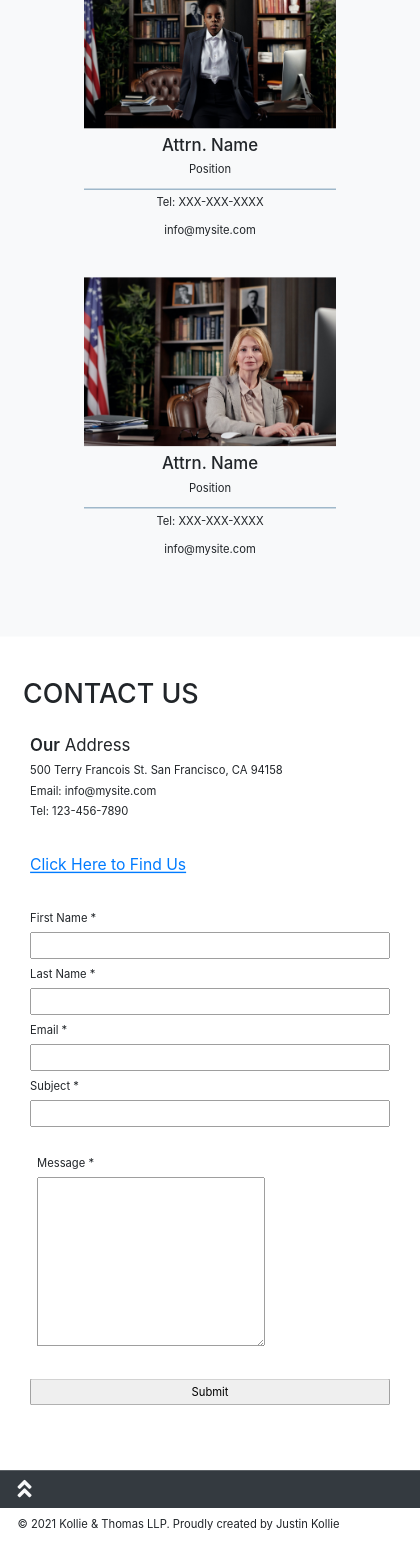
Repository: just-mann/kolllie-kolliellp
Page: index.html
The author's editor kept a copy of each file at every save. The page is drawn from the files as they stood at one save, then again after the next save.
The browser window is 600 px wide. The pictures show the part of the page from y = 3785 to 6025 px (the page is 6000 px tall before and 6025 px after), at 70% of full size.

Above is the page before, as saved 2021-06-02 01:02:41.

### index.html
<!DOCTYPE html>
<html lang="en">
<head>
    <meta charset="UTF-8">
    <meta name="viewport" content="width=device-width, initial-scale=1.0">
    <meta http-equiv="X-UA-Compatible" content="ie=edge">
    <meta name="Description" content="Enter your description here"/>
    <!-- Font Awesome Icons -->
    <link rel="stylesheet" href="https://cdnjs.cloudflare.com/ajax/libs/font-awesome/5.15.3/css/all.min.css" referrerpolicy="no-referrer" />
    <link rel="stylesheet" href="https://cdnjs.cloudflare.com/ajax/libs/twitter-bootstrap/4.6.0/css/bootstrap.min.css">
    <link rel="stylesheet" href="https://cdnjs.cloudflare.com/ajax/libs/font-awesome/5.15.2/css/all.min.css">
    <link rel="stylesheet" href="assets/css/utilities.css">
    <link rel="stylesheet" href="assets/css/style.css">
    <title>Kollie & Thomas LLP</title>
</head>
<body>
    <nav class="myNavbar">
        <div class="myContainer">
            <a href="#" class="myLogo"><h3>Kollie & Thomas LLP</h3></a>
            <div class="links">
                <a href="#">Home</a>
                <a href="#practiceArea">Practice Area</a>
                <a href="#ourVision">Our Vision</a>
                <a href="#ourAttorneys">Attorneys</a>
                <a href="#contact">Contact</a>
            </div>
            <i class="fas fa-bars fa-1x toggleBar"></i>
        </div>
    </nav>
    <section class="heroSection">
        <div class="myContainer">
            <h3><span>Boutique</span>Law Firm</h3>
            <p>Specializing in Commercial Law & Litigation, Insolvency & Fraud</p>
        </div>
    </section>
    <section class="practiceArea py-5 px-3" id="practiceArea">
        <div class="myContainer">
            <div class="practiceArreaDiv px-2">
                <div class="left__side">
                    <h3><span>Practice</span> Areas</h3>
                </div>
                <div class="right__side">
                    <ul>
                        <div class="left">
                            <li><h4>Litigation</h4></li>
                            <p>Lorem ipsum dolor sit amet consectetur adipisicing elit. Accusamus cumque iusto quae minima?</p>
                            <li><h4>Insolvency</h4></li>
                            <p>Lorem ipsum dolor sit amet consectetur adipisicing elit. Accusamus cumque iusto quae minima?</p>
                            <li><h4>Dispute Resolution</h4></li>
                            <p>Lorem ipsum dolor sit amet consectetur adipisicing elit. Accusamus cumque iusto quae minima?</p>
                        </div>
                        <div class="right">
                            <li><h4>Business</h4></li>
                            <p>Lorem ipsum dolor sit amet consectetur adipisicing elit. Accusamus cumque iusto quae minima?</p>
                            <li><h4>Fraud</h4></li>
                            <p>Lorem ipsum dolor sit amet consectetur adipisicing elit. Accusamus cumque iusto quae minima?</p>
                            <li><h4>Tax</h4></li>
                            <p>Lorem ipsum dolor sit amet consectetur adipisicing elit. Accusamus cumque iusto quae minima?</p>
                        </div>
                    </ul>
                </div>
            </div>
        </div>
    </section>
    <section class="ourVision" id="ourVision">
        <div class="myContainer">
            <div class="ourVisionDiv py-5">
                <h3 class="">Our Mission</h3>
                <div>
                    <p>Lorem, ipsum dolor sit amet consectetur adipisicing elit. Deleniti, libero. Voluptatem laboriosam ipsum esse sint deserunt laudantium accusamus nam veniam ad? A deserunt nostrum rerum?</p>
                </div>
                <div>
                    <p>Lorem, ipsum dolor sit amet consectetur adipisicing elit. Deleniti, libero. Voluptatem laboriosam ipsum esse sint deserunt laudantium accusamus nam veniam ad? A deserunt nostrum rerum?</p>
                </div>
                <div>
                    <p>Lorem, ipsum dolor sit amet consectetur adipisicing elit. Deleniti, libero. Voluptatem laboriosam ipsum esse sint deserunt laudantium accusamus nam veniam ad? A deserunt nostrum rerum?</p>
                </div>
            </div>
        </div>
    </section>
    <div class="parallaxImg">
        <!-- <img src="./assets/images/heroImage.jpg" alt="parallaxImg"> -->
    </div>
    <section class="ourAttorneys py-5 px-2 bg-light" id="ourAttorneys">
        <div class="myContainer">
            <h3>Our Attorneys</h3>
            <div class="attorneysDiv mx-auto">
                <div class="attCard">
                    <img src="./assets/images/attrny1.jpg" alt="att1">
                    <div class="firstDiv">
                        <h4>Justin Kollie</h4>
                        <p>Partner</p>
                    </div>
                    <div class="secondDiv">
                        <p>Tel: XXX-XXX-XXXX</p>
                        <p>info@mysite.com</p>
                    </div>
                </div>
                <div class="attCard">
                    <img src="./assets/images/attrny1.jpg" alt="att1">
                    <div class="firstDiv">
                        <h4>Mandela P. Thomas</h4>
                        <p>Partner</p>
                    </div>
                    <div class="secondDiv">
                        <p>Tel: XXX-XXX-XXXX</p>
                        <p>info@mysite.com</p>
                    </div>
                </div>
                <div class="attCard">
                    <img src="./assets/images/attrny2.jpg" alt="att2">
                    <div class="firstDiv">
                        <h4>Attrn. Name</h4>
                        <p>Position</p>
                    </div>
                    <div class="secondDiv">
                        <p>Tel: XXX-XXX-XXXX</p>
                        <p>info@mysite.com</p>
                    </div>
                </div>
                <div class="attCard">
                    <img src="/assets/images/attrny3.jpg" alt="att3">
                    <div class="firstDiv">
                        <h4>Attrn. Name</h4>
                        <p>Position</p>
                    </div>
                    <div class="secondDiv">
                        <p>Tel: XXX-XXX-XXXX</p>
                        <p>info@mysite.com</p>
                    </div>
                </div>
            </div>
        </div>
    </section>
    <section class="contact py-5 px-2" id="contact">
        <div class="myContainer">
            <div class="contactDiv">
                <div class="left__side">
                    <h3>Contact Us</h3>
                </div>
                <div class="right__side">
                    <h4><span>Our</span> Address</h4>
                    <div class="addressDiv">
                        <p>500 Terry Francois St. San Francisco, CA 94158</p>
                        <p>Email: info@mysite.com</p>
                        <p>Tel:  123-456-7890</p>
                    </div>
                    <div class="clickToFind my-4 py-4">
                        <a href="#">Click Here to Find Us</a>
                    </div>
                    <form action="">
                        <div class="left__side">
                            <div>
                                <label for="firstName">First Name *</label>
                                <input type="text" name="firstName" required>
                            </div>
                            <div>
                                <label for="lastName">Last Name *</label>
                                <input type="text" name="lastName" required>
                            </div>
                            <div>
                                <label for="email">Email *</label>
                                <input type="email" name="name" required>
                            </div>
                            <div>
                                <label for="subject">Subject *</label>
                                <input type="text" name="subject" required>
                            </div>
                        </div>
                        <div class="right__side">
                            <label for="message">Message *</label>
                            <textarea name="message" id="message" cols="30" rows="10" required></textarea>
                        </div>
                        <div>
                            <input type="submit" value="Submit">
                        </div>
                    </form>
                </div>
            </div>
        </div>
    </section>
    <section class="backUpTop bg-dark">
        <div class="myContainer">
            <i class="fas fa-angle-double-up fa-2x text-light"></i>
        </div>
    </section>
    <footer class="footer">
        <div class="myContainer">
            <p>© 2021 Kollie & Thomas LLP. Proudly created by Justin Kollie</p>
        </div>
    </footer>
    <!-- Optional Scripts -->
    <script src="assets/scripts/myScript.js"></script>
    <script src="https://cdnjs.cloudflare.com/ajax/libs/jquery/3.5.1/jquery.slim.min.js"></script>
    <script src="https://cdnjs.cloudflare.com/ajax/libs/popper.js/1.16.1/umd/popper.min.js"></script>
    <script src="https://cdnjs.cloudflare.com/ajax/libs/twitter-bootstrap/4.6.0/js/bootstrap.min.js"></script>
</body>
</html>

### assets/css/utilities.css
:root {
    --primaryColor: #0a6880;
}

a {
    text-decoration: none;
}

a:hover {
    text-decoration: none;
}

ul li {
    list-style-type: square;
}

.myContainer {
    max-width: 900px;
    margin: 0 auto;
    padding: 10px 25px;
}

### assets/css/style.css
* {
    padding: 0;
    margin: 0;
    box-sizing: border-box;
}

html {
    scroll-behavior: smooth;
}

body {
    /* background-color: rgb(255, 255, 255); */
}

/* Navbar */
.myNavbar {
    padding: 10px 0px;
    background-color: #ffffff;
}

.myNavbar .myContainer {
    display: flex;
    justify-content: space-between;
    align-items: center;
}

.myNavbar .myContainer .myLogo h3 {
    font-size: 1.5em;
}

.myNavbar .myContainer .links {
    display: flex;
    justify-content: center;
    align-items: center;
}

.toggleBar {
    font-size: 1.6em;
    display: none;
    transition: cursor 0.6s;
}

.toggleBar:hover {
    cursor: pointer;
}

.ourVision {
    background-color: var(--primaryColor);
    color: white;
    /* padding: 30px 10px; */
}

.ourVisionDiv h3 {
    font-weight: 400;
    font-size: 2.6rem;
    text-align: left;
    margin-bottom: 25px;
    /* margin: 40px auto; */
}

.ourVisionDiv p {
    font-weight:300;
    font-size: 1.2rem;
    line-height: 2rem;
}

.parallaxImg {
    background-image: url('../images/parallaxImg.jpg');
    min-height: 500px;
    background-attachment: fixed;
    background-position: center;
    background-origin: center;
    background-repeat: no-repeat;
    background-size: cover;
}

.parallaxImg img {
    width: 100%;
}

.contactDiv .left__side h3 {
    font-weight: 450;
}

.contactDiv .right__side h4 {
    font-weight: 400;
}

.contactDiv .right__side h4 span {
    font-weight: 600;
}

.contactDiv .right__side .addressDiv p {
    font-size: 1rem;
    font-weight: 400;
    margin: 5px 0px;
}

.contactDiv .right__side .clickToFind a {
    text-decoration: underline;
    font-size: 1.4rem;
}

@media screen and (max-width: 700px) {
    .myNavbar .myContainer .links {
        display: none;
    }

    .toggleBar {
        display: block;
    }

    .heroSection {
        position: relative;
        height: 75vh;
        display: flex;
        justify-content: center;
        align-items: center;
        background-color: #ffffff;
        background: url('../images/heroImage.jpg') no-repeat center center / cover;
    }

    .heroSection .myContainer * {
        z-index: 100;
    }

    .heroSection::before {
        position: absolute;
        content: "";
        top: 45;
        bottom: 40;
        right: 0;
        background: rgba(8, 54, 66, 0.6);
        width: 97%;
        height: 80%;
        z-index: 0;
    }

    .heroSection .myContainer h3 span {
        color: white;
        font-size: 3rem;
        font-weight: 600;
        text-transform: uppercase;
        display: block;
    }

    .heroSection .myContainer h3 {
        color: white;
        font-size: 2rem;
        text-transform: uppercase;
    }

    .heroSection .myContainer p {
        color: white;
    }

    .left__side h3 span {
        font-size: 2.5rem;
        text-transform: uppercase;
        display: block;
        font-weight: 600;
    }

    .left__side h3 {
        font-size: 2.4rem;
        text-transform: uppercase;
        font-weight: 300;
    }

    .right__side {
        padding: 30px 10px;
        /* background-color: white; */
    }

    .parallaxImg {
        background-image: url('../images/parallaxImg.jpg');
        min-height: 500px;
        background-attachment: scroll;
        background-position: center;
        background-repeat: no-repeat;
        background-size: cover;
    }

    .attorneysDiv {
        grid-template-columns: 1fr;
        width: 100%;
        margin: 0 auto;
    }

    .ourAttorneys .myContainer h3 {
        text-align: center;
        font-size: 2.8em;
        font-weight: 350;
        margin-bottom: 25px;
    }

    .attCard {
        width: 75%;
        padding: 0px 20px;
        margin: 0px auto 35px auto;
        /* text-align: center; */
    }

    .attCard img {
        min-height: 200px;
        width: 100%;
    }

    .attCard .firstDiv {
        padding: 10px 0px 0px 0px;
        text-align: center;
        border-bottom: 2px solid #6991ac9d;
    }

    .secondDiv {
        text-align: center;
        padding: 5px 0px;
    }

    form {
        /* background: pink; */
        width: 100%;
    }

    form div {
        margin: 10px 0px 5px 0px;
    }

    form div label, form div input {
        width: 100%;
    }

    form div input {
        padding: 5px 15px;
    }





}

### assets/scripts/myScript.js
console.log('It works');

After the next save:
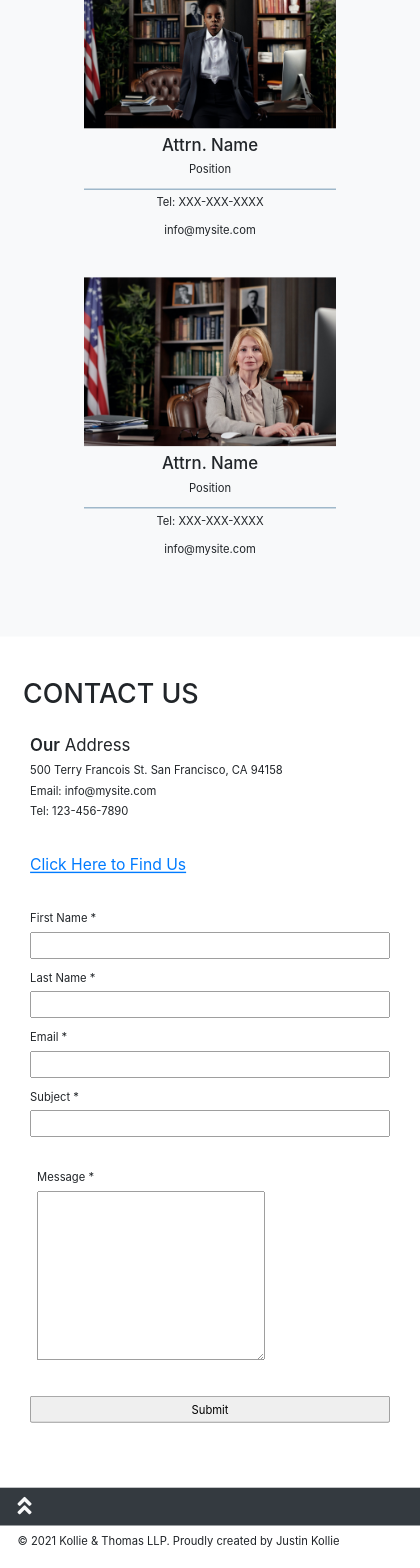
Saved 8 s later.
--- a/assets/css/style.css
+++ b/assets/css/style.css
@@ -223,7 +223,7 @@ body {
     }
 
     form div {
-        margin: 10px 0px 5px 0px;
+        margin: 15px 0px 5px 0px;
     }
 
     form div label, form div input {
